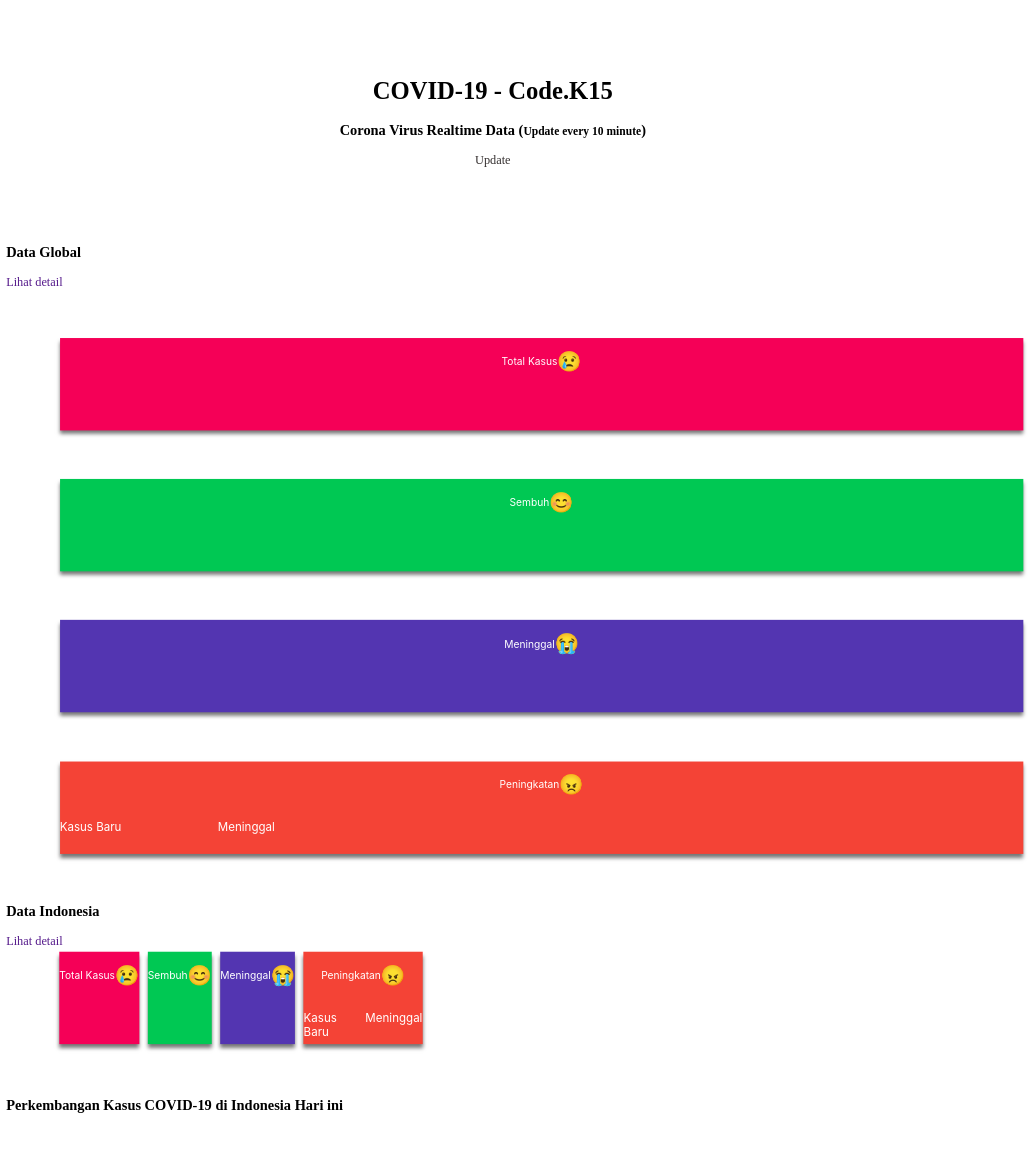
Repository: fathur15/covid19-monitoring
Page: http://localhost/covid19/apps/views/data/main/dashboard.php
An editor plug-in stored every save of this project. The page is shown before and after the next save, followed by the edit.
The browser window is 1280 px wide. The page is 1335 px wide, so the pictures cover 1335 px, including what lies to the right of the window. The pictures show the whole page, at 77% of full size.
The page is run by PHP 8.4 with error messages shown; the project is at /var/www/html/.

Above is the page before, as saved 2020-04-14 13:59:22.

After the next save:
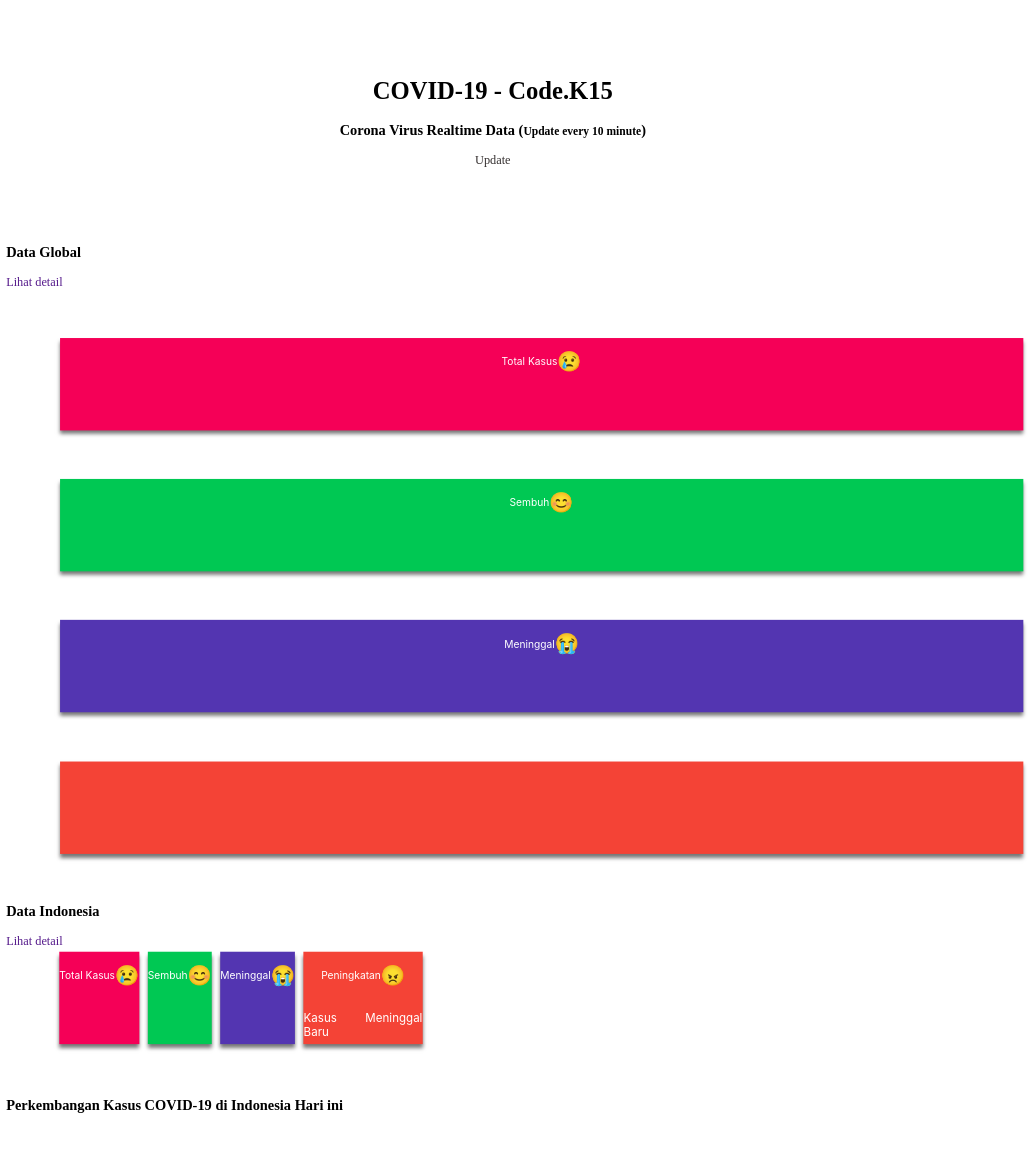
Saved 22 s later.
--- a/apps/views/data/main/dashboard.php
+++ b/apps/views/data/main/dashboard.php
@@ -77,7 +77,7 @@
                         </div>
                         <div class="card col-sm-3 shadow-box" style="margin:5% 0.5%; height: 120px; background: #f44336">
                             <div class="card-body">
-                                <div style="flex-direction: row; display: flex; justify-content: center; align-items: center;">
+                                <!-- <div style="flex-direction: row; display: flex; justify-content: center; align-items: center;">
                                     <h5 id="title-kasus-global" class="card-text">Peningkatan</h5>
                                     <span style="color: black; font-size: 25px; text-shadow: 0 0 0 yellow">&#x1F620</span>
                                 </div>
@@ -88,7 +88,7 @@
                                 <div style="display: flex; margin-top: -9%">
                                     <p style="font-size: 15px" class="card-text" id="kasus-baru-global"></p>
                                     <p style="margin-left: 10%; font-size: 15px" class="card-text" id="meninggal-baru-global"></p>
-                                </div>
+                                </div> -->
                             </div>
                         </div>
                     </div>

After the save that followed:
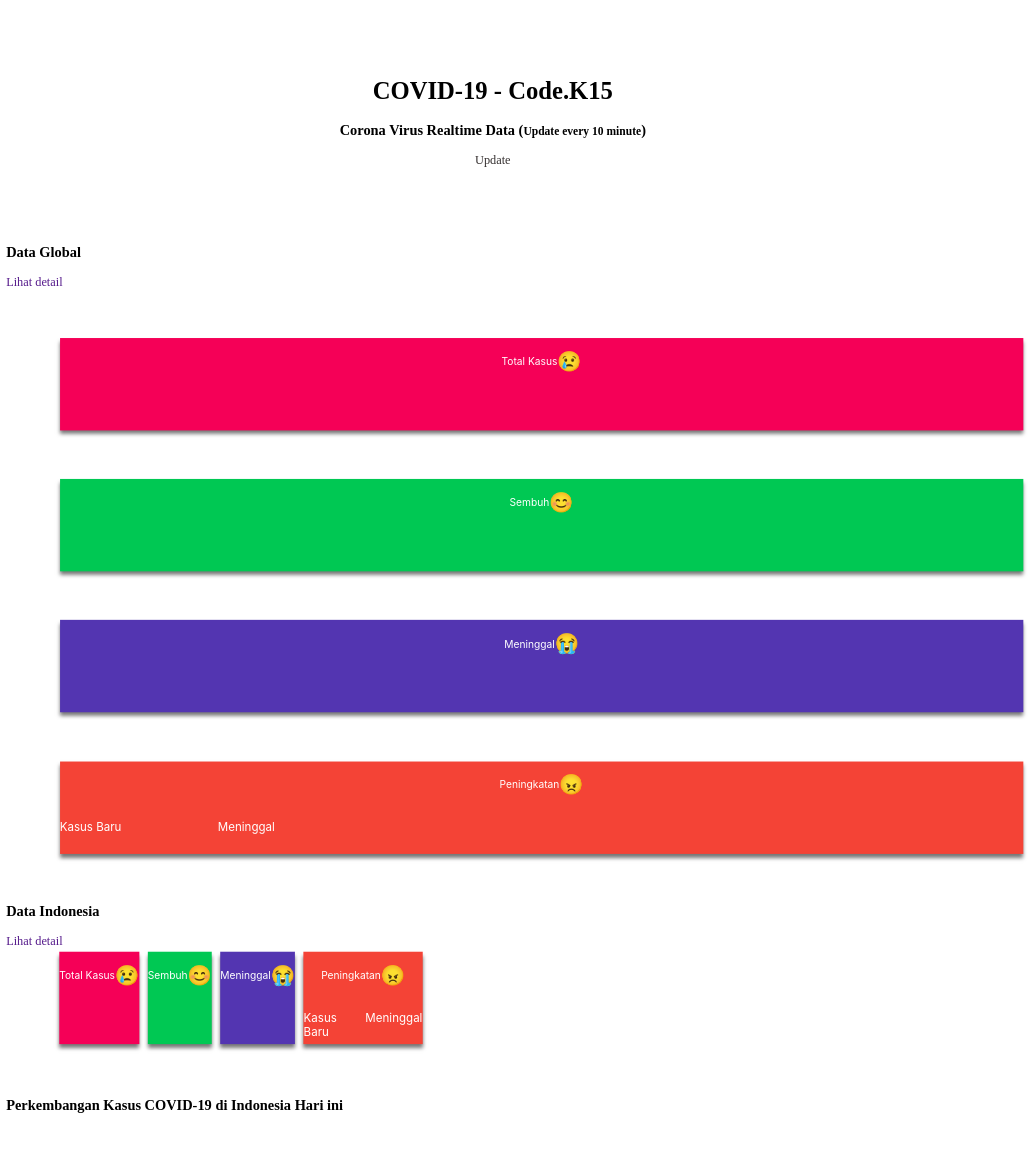
Saved 9 s later.
--- a/apps/views/data/main/dashboard.php
+++ b/apps/views/data/main/dashboard.php
@@ -77,7 +77,7 @@
                         </div>
                         <div class="card col-sm-3 shadow-box" style="margin:5% 0.5%; height: 120px; background: #f44336">
                             <div class="card-body">
-                                <!-- <div style="flex-direction: row; display: flex; justify-content: center; align-items: center;">
+                                <div style="flex-direction: row; display: flex; justify-content: center; align-items: center;">
                                     <h5 id="title-kasus-global" class="card-text">Peningkatan</h5>
                                     <span style="color: black; font-size: 25px; text-shadow: 0 0 0 yellow">&#x1F620</span>
                                 </div>
@@ -88,7 +88,7 @@
                                 <div style="display: flex; margin-top: -9%">
                                     <p style="font-size: 15px" class="card-text" id="kasus-baru-global"></p>
                                     <p style="margin-left: 10%; font-size: 15px" class="card-text" id="meninggal-baru-global"></p>
-                                </div> -->
+                                </div>
                             </div>
                         </div>
                     </div>
